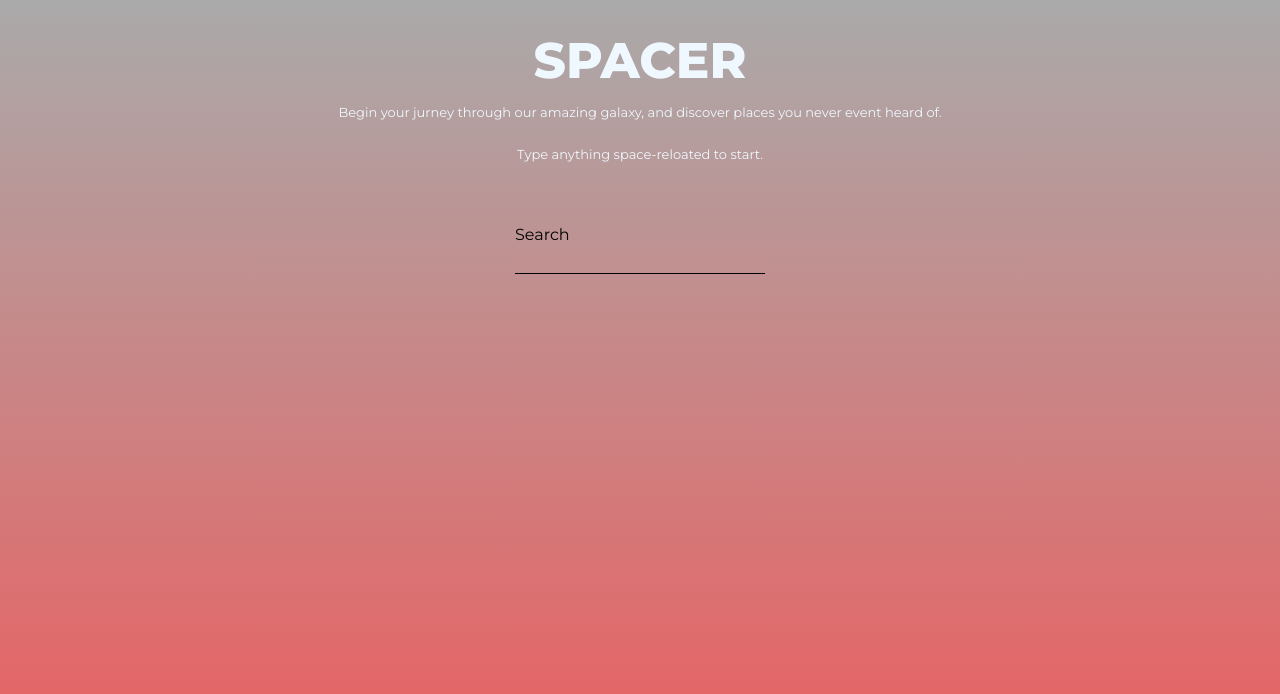
Repository: kamilluc/space-vue
Page: /
The author's editor kept a copy of each file at every save. The page is drawn from the files as they stood at one save, then again after the next save.
The browser window is 1280 px wide. The pictures show the whole page.
The project was rebuilt for these pictures with package versions that can differ from the ones it lists, and the page was loaded fresh each time. Also part of the build but not shown: src/views/About.vue.

Above is the page before, as saved 2018-08-08 23:38:09.

### public/index.html
<!DOCTYPE html>
<html lang="en">
  <head>
    <meta charset="utf-8">
    <meta http-equiv="X-UA-Compatible" content="IE=edge">
    <meta name="viewport" content="width=device-width,initial-scale=1.0">
    <link rel="icon" href="<%= BASE_URL %>favicon.ico">
    <title>space-vue</title>
  </head>
  <body>
    <noscript>
      <strong>We're sorry but space-vue doesn't work properly without JavaScript enabled. Please enable it to continue.</strong>
    </noscript>
    <div id="app"></div>
    <!-- built files will be auto injected -->
  </body>
</html>

### src/App.vue
<template>
  <div class="app">
    <!-- <div class="nav">
      <router-link to="/">spacer</router-link>
      <router-link to="/about">about</router-link>
    </div> -->
    <router-view />
  </div>
</template>

<style lang="scss">
@import url("https://fonts.googleapis.com/css?family=Montserrat:300,400,600,800");

* {
  box-sizing: border-box;
}
body {
  font-family: "Montserrat", sans-serif;
  margin: 0;
  padding: 0;
}
</style>

### src/router.js
import Vue from "vue";
import Router from "vue-router";
import Search from "./views/Search.vue";
import About from "./views/About.vue";

Vue.use(Router);

export default new Router({
  routes: [
    {
      path: "/",
      name: "Search",
      component: Search
    },
    {
      path: "/about",
      name: "About",
      component: About
    }
  ]
});

### src/views/Search.vue
<template>
  <div class="wrapper">
        <HeroImage />

    <Claim />
    <SearchInput />
    <!-- <div class="search">
      <label for="search">Search</label>
      <input type="text" id="search"
      name="search"
      v-model="searchValue"
      @input="handleInput"
      /> -->
      <!-- <ul>
      <li v-for="item in results" :key="item.data[0].nasa_id">
          <p>{{item.data[0].description}}</p>
      </li>
      </ul> -->
    <!-- </div> -->
  </div>
</template>

<script>
import axios from "axios";
import debounce from "lodash.debounce";
import Claim from "@/components/Claim";
import SearchInput from "@/components/SearchInput";
import HeroImage from "@/components/HeroImage";

const API = "https://images-api.nasa.gov/search?q=";

export default {
  name: "Search",
  components: { Claim, SearchInput, HeroImage },
  data() {
    return {
      searchValue: "",
      results: []
    };
  },
  methods: {
    // handleInput(e) {
    //   axios
    //     .get(`${API}${this.searchValue}&media_type=image`)
    //     .then(res => {
    //       console.log(res);
    //     })
    //     .catch(err => {
    //       console.log(err);
    //     });
    // }

    handleInput: debounce(function() {
      axios
        .get(`${API}${this.searchValue}&media_type=image`)
        .then(res => {
          // console.log(res);
          this.results = res.data.collection.items;
        })
        .catch(err => {
          console.log(err);
        });
    }, 500)
  }
};
</script>

<style lang="scss" scoped>
.wrapper {
  display: flex;
  flex-direction: column;
  align-items: center;
  margin: 0;
  padding: 30px;
  // width: 100%;
  // height: 100vh;
  justify-content: center;
  // background: linear-gradient(#444b9b, #e66465);
}
</style>

### src/components/Claim.vue
<template>
  <div class="claim-wrapper">
    <h1 class="claim">SPACER</h1>
    <p class="subclaim">
        Begin your jurney through our amazing galaxy,
        and discover places you never event heard of.
    </p>
     <p class="subclaim">
        Type anything space-reloated to start.
    </p>
  </div>
</template>

<script>
export default {
  name: "Claim"
};
</script>

<style lang="scss" scoped>
.claim-wrapper {
  text-align: center;
  display: flex;
  flex-direction: column;
  justify-content: center;
  align-items: center;
  color: aliceblue;
}

.claim {
  font-size: 50px;
  margin: 0;
}

.subclaim {
  margin-top: 20px 0 0 0;
  font-size: 13px;
}
</style>

### src/components/SearchInput.vue
<template>
    <div class="searchinput-wrapper">
      <label for="search">Search</label>
      <input type="text" id="search"
      name="search"
      v-model="searchValue"
      @input="handleInput"
      />
      <!-- <ul>
      <li v-for="item in results" :key="item.data[0].nasa_id">
          <p>{{item.data[0].description}}</p>
      </li>
      </ul> -->
    </div>
</template>

<script>
export default {
  name: "SearchInput"
};
</script>

<style lang="scss" scoped>
.searchinput-wrapper {
  display: flex;
  flex-direction: column;
  margin-top: 50px;
  width: 250px;
}

input {
  height: 30px;
  border: 0;
  background: none;
  border-bottom: 1px solid black;
}
</style>

### src/components/HeroImage.vue
<template>
    <div class="heroImage"></div>
</template>

<script>
export default {
  name: "HeroImage"
};
</script>

<style lang="scss" scoped>
.heroImage {
  position: fixed;
  top: 0;
  z-index: -1;

  width: 100%;
  height: 100vh;
  background: linear-gradient(#aaa, #e66465);
}
</style>

Loaded but not shown: src/main.js (common file)

After the next save:
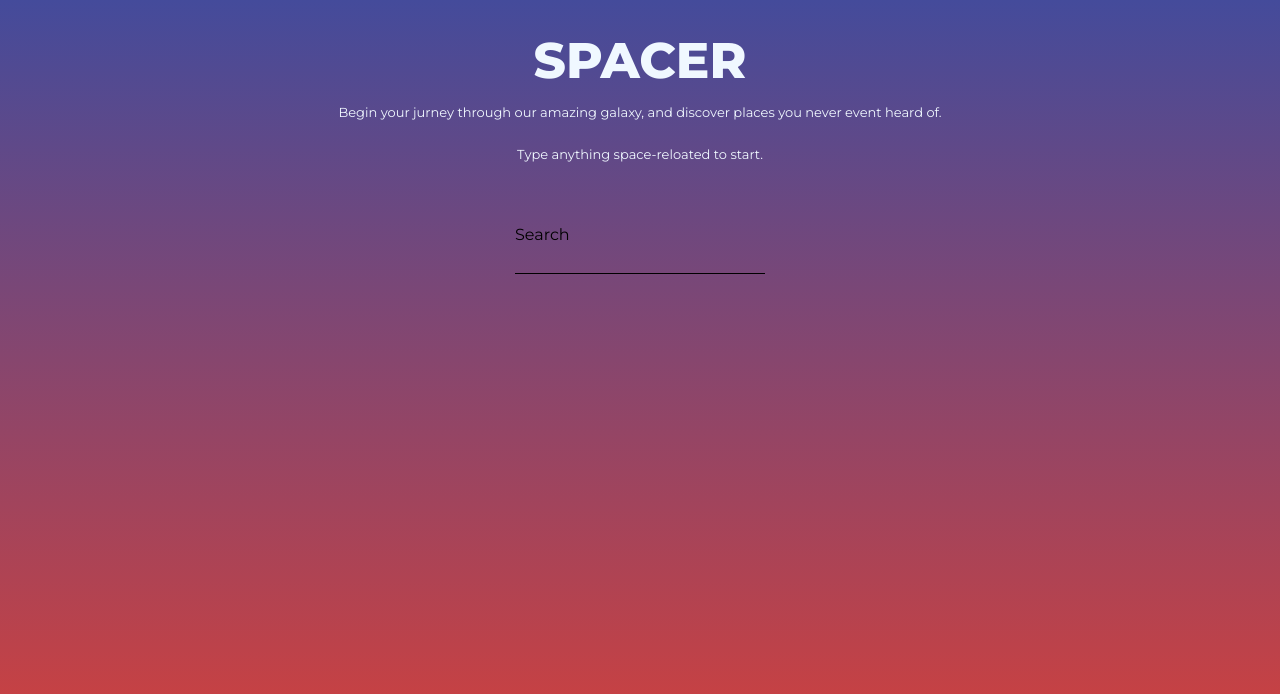
Saved 25 s later.
--- a/src/components/HeroImage.vue
+++ b/src/components/HeroImage.vue
@@ -16,6 +16,6 @@
 
   width: 100%;
   height: 100vh;
-  background: linear-gradient(#aaa, #e66465);
+  background: linear-gradient(#444b9b, #ca4141);
 }
 </style>
